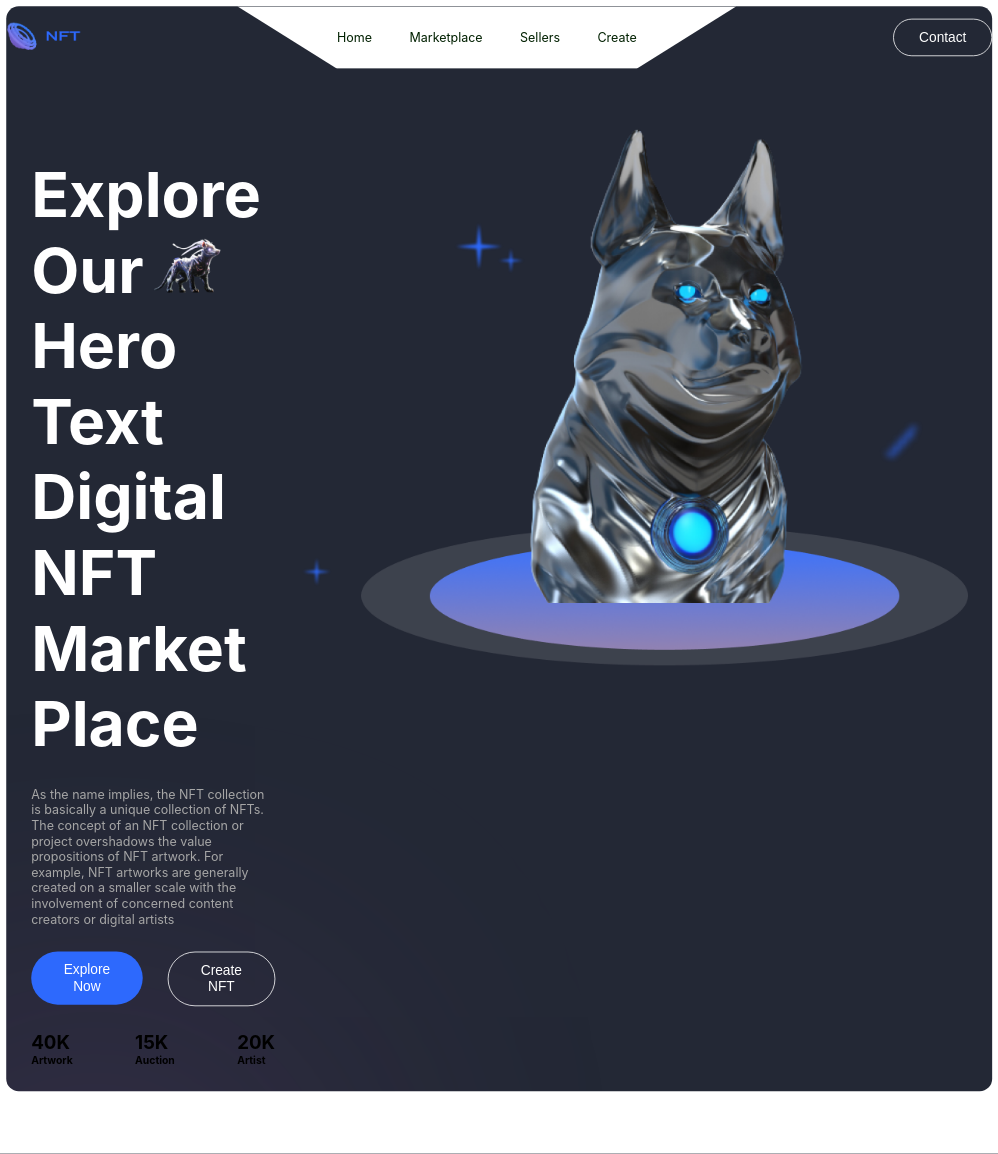
Repository: Ellisvelandia/NFT
Page: /
An editor plug-in stored every save of this project. The page is shown before and after the next save, followed by the edit.
The browser window is 1280 px wide. The pictures show the whole page, at 78% of full size.
The project was rebuilt for these pictures with package versions that can differ from the ones it lists, and the page was loaded fresh each time.

Above is the page before, as saved 2022-08-21 15:35:59.

### src/index.css
* {
  margin: 0;
  padding: 0;
  box-sizing: border-box;
}

body {
  margin: 0;
  font-family: -apple-system, BlinkMacSystemFont, "Segoe UI", "Roboto", "Oxygen",
    "Ubuntu", "Cantarell", "Fira Sans", "Droid Sans", "Helvetica Neue",
    sans-serif;
  -webkit-font-smoothing: antialiased;
  -moz-osx-font-smoothing: grayscale;
}

html {
  scroll-behavior: smooth;
}

### src/App.js
import React from 'react'
import Home from './components/Home'

export default function App() {
  return (
    <div>
      <Home/>
    </div>
  )
}

### src/components/Home.jsx
import React from "react";
import Navbar from "./Navbar";
import styled from "styled-components";
import hero from "../assets/hero.png";
import heroText from "../assets/heroText.png";
import Button from "./Button";

export default function Home() {
  return (
    <Section>
      <Navbar />
      <div className="ellipse"></div>
      <div className="container">
        <div className="content">
          <h1>
            Explore Our
            <span>
              <img src={heroText} alt="hero text" />
            </span>
            Hero Text Digital NFT Market Place
          </h1>
          <p>
            As the name implies, the NFT collection is basically a unique
            collection of NFTs. The concept of an NFT collection or project
            overshadows the value propositions of NFT artwork. For example, NFT
            artworks are generally created on a smaller scale with the
            involvement of concerned content creators or digital artists
          </p>
          <div className="buttons">
            <Button blue text="Explore Now" />
            <Button text="Create NFT" />
          </div>
          <div className="data">
            <div className="dataTab">
              <h2>40K</h2>
              <h5>Artwork</h5>
            </div>
            <div className="dataTab">
              <h2>15K</h2>
              <h5>Auction</h5>
            </div>
            <div className="dataTab">
              <h2>20K</h2>
              <h5>Artist</h5>
            </div>
          </div>
        </div>
        <div className="image">
          <img src={hero} alt="hero" />
        </div>
      </div>
    </Section>
  );
}

const Section = styled.section`
  margin: 0.5rem;
  background-color: #232835;
  border-radius: 1rem;
  position: relative;
  overflow: hidden;
  margin-bottom: 5rem;
  .ellipse {
    height: 30rem;
    width: 30rem;
    background-color: #ae54c27d;
    opacity: 0.5;
    border-radius: 100%;
    filter: blur(200px);
    position: absolute;
    bottom: -30%;
    left: -10%;
    z-index: 1;
  }
  .container {
    padding: 2rem;
    marign: 0 2rem;
    display: flex;
    .content {
      z-index:10;
      display:flex;
      flex-direction:column;
      gap:2rem;
      margin-top:5rem;
      padding-right:2rem;
      h1 {
        color:white;
        font-size:5rem;
      }
      p {
        color:#a6a6a6;
      }
      .buttons {
        display:flex;
        gap:2rem;
      }
      .data {
        display:flex;
        gap:5rem;
        .dataTab {
          display:flex;
          flex-direction:column;
          gap
        }
      }
    }
  }
`;

### src/components/Navbar.jsx
import React from "react";
import styled from "styled-components";
import logo from "../assets/logo.png";
import Button from "./Button";

export default function Navbar() {
  return (
    <Nav>
      <div className="brand">
        <img src={logo} alt="logo" />
      </div>
      <div className="toggle"></div>
      <div className="links">
        <ul>
          <li>
            <a href="#">Home</a>
          </li>
          <li>
            <a href="#">Marketplace</a>
          </li>
          <li>
            <a href="#">Sellers</a>
          </li>
          <li>
            <a href="#">Create</a>
          </li>
        </ul>
      </div>
      <Button text="Contact" />
    </Nav>
  );
}

const Nav = styled.nav`
  display: flex;
  justify-content: space-between;
  align-items: center;
  margin: 0 2 rem;
  .toggle {
    display: none;
  }
  .links {
    height: 4rem;
    display: flex;
    justify-conetent: center;
    align-items: center;
    background-color: white;
    clip-path: polygon(0 0, 100% 0, 80% 100%, 20% 100%);
    padding: 2.5rem 8rem;
    ul {
      display: flex;
      list-style-type: none;
      gap: 3rem;
      li {
        a {
          color:#002000;
          text-decoration:none;
          transition:0.4s ease-in-out;
          &:hover {
            color:#2d69fd;
          }
        }
      }
    }
  }
`;

### src/components/Button.jsx
import React from "react";
import styled from "styled-components";

export default function Button({ text, blue = false }) {
  return (
    <Div>
      <button className={`${blue ? "blue" : ""}`}>{text}</button>
    </Div>
  );
}

const Div = styled.div`
  button {
    border-radius: 4rem;
    padding: 0.8rem 2rem;
    border: none;
    color: white;
    font-size: 1.1rem;
    cursor: pointer;
    :not(.blue) {
      background-color: transparent;
      border: 1px solid white;
    }
  }
  .blue {
    background-color: #2d69fd;
  }
`;

Loaded but not shown: public/index.html (common file); src/index.js (common file)

After the next save:
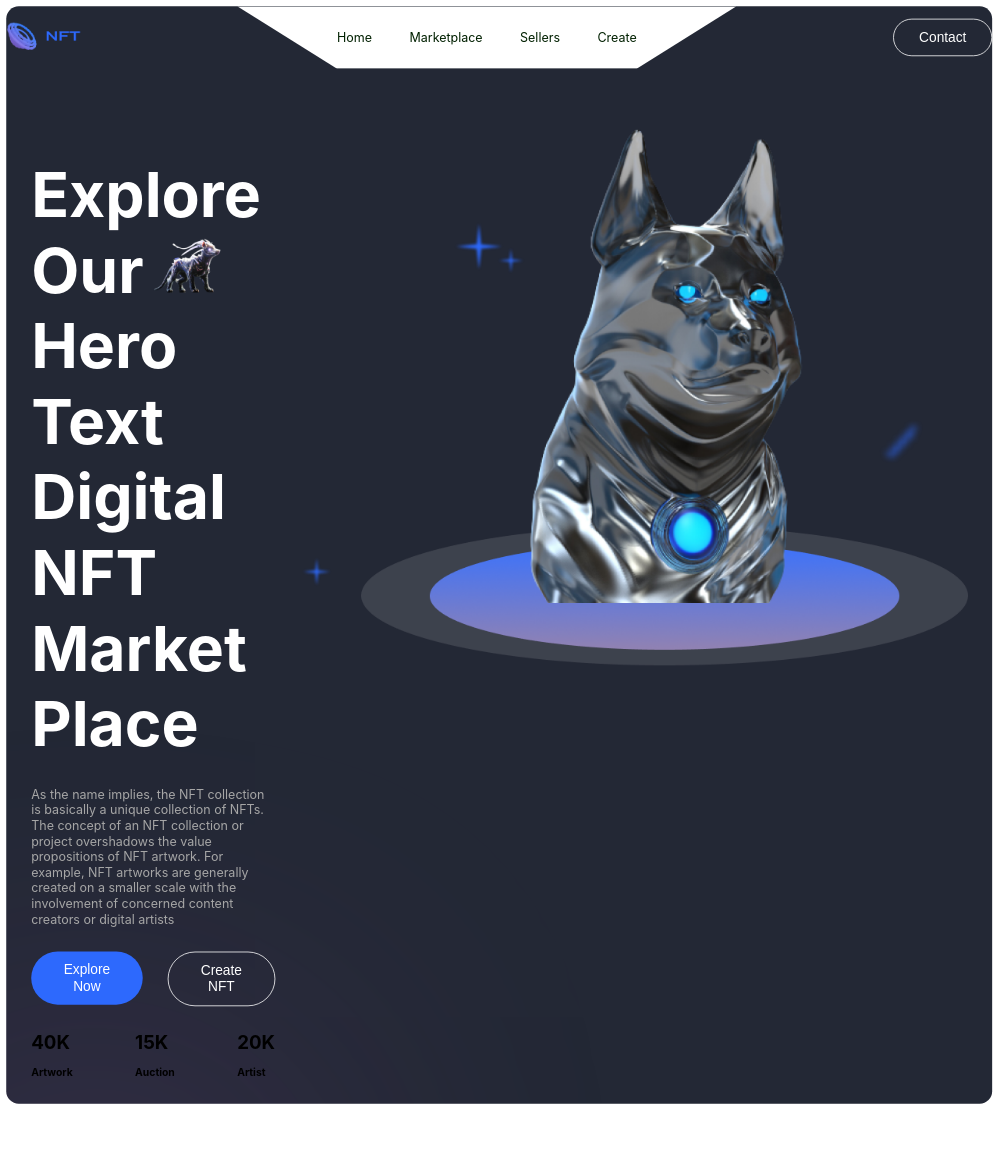
Saved 19 s later.
--- a/src/components/Home.jsx
+++ b/src/components/Home.jsx
@@ -100,7 +100,7 @@
         .dataTab {
           display:flex;
           flex-direction:column;
-          gap
+          gap:1rem;
         }
       }
     }
